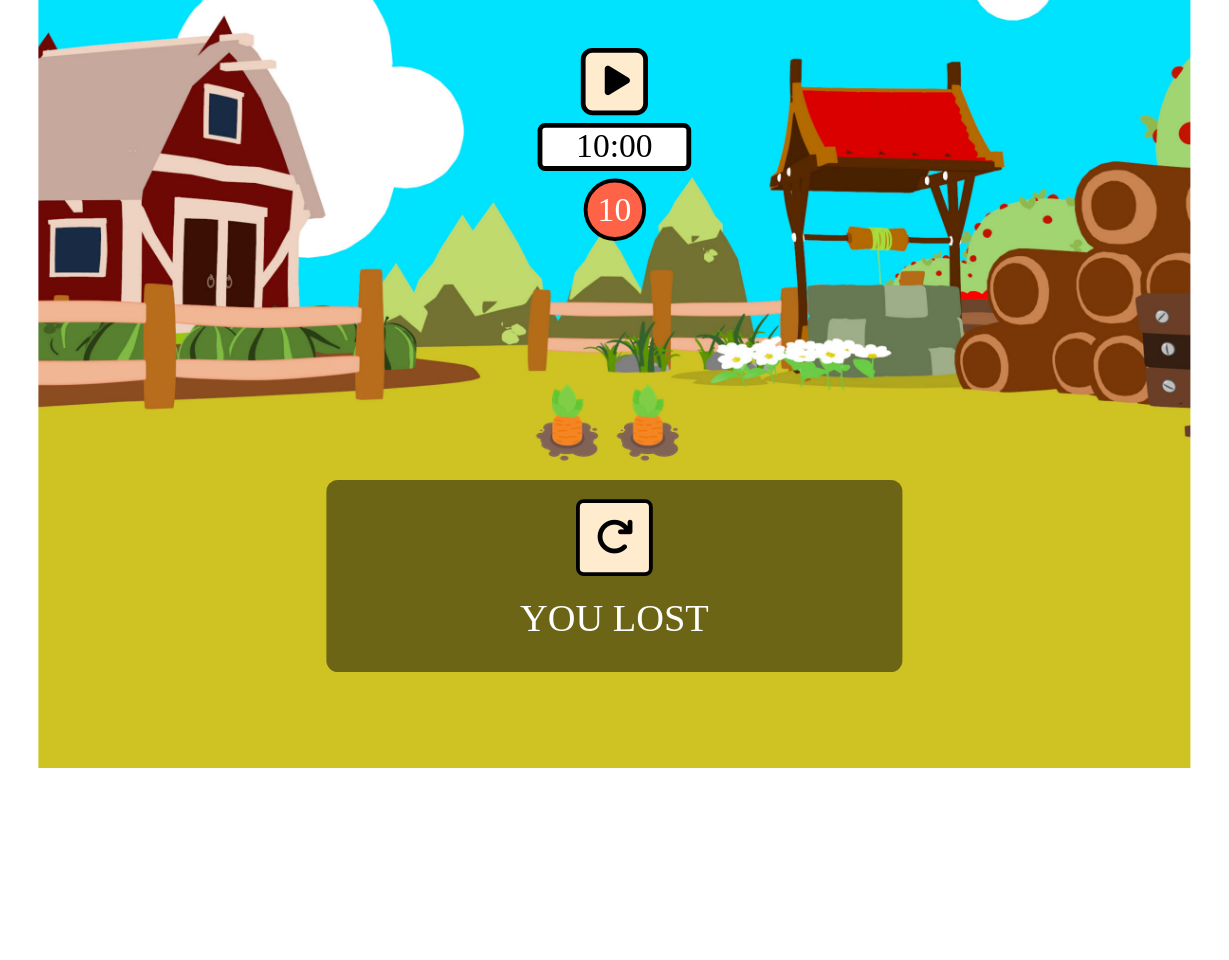
Repository: keehoonjung/Bug-Game
Page: index.html
The author's editor kept a copy of each file at every save. The page is drawn from the files as they stood at one save, then again after a run of saves.
The browser window is 1280 px wide. The pictures show the whole page, at 96% of full size.
Some web libraries are served in a nearby version.

Above is the page before, as saved 2021-08-10 11:28:20.

### index.html
<!DOCTYPE html>
<html lang="en">
<head>
    <meta charset="UTF-8">
    <meta http-equiv="X-UA-Compatible" content="IE=edge">
    <meta name="viewport" content="width=device-width, initial-scale=1.0">
    <title>Document</title>
    <link rel="stylesheet" href="style.css">
    <script src="main.js"></script>
    <script src="https://kit.fontawesome.com/a7a8d59961.js" crossorigin="anonymous"></script>
</head>
<body>
    <section class="container">
        <section class="header">
            <button class="play__btn">
                <i class="fas fa-play"></i>
            </button>
            <div class="timer">
                10:00
            </div>
            <div class="count">10</div>
        </section>
        <section class="playground">
            <img src="./img/carrot.png" alt="carrot">
            <img src="./img/carrot.png" alt="carrot">
        </section>
        <div class="popup">
            <button class="popup__btn">
                <i class="fas fa-redo"></i>
            </button>
            <div class="popup__message">YOU LOST</div>
        </div>
    </section>
</body>
</html>

### style.css
* {
  box-sizing: border-box;
}

body {
  margin: 0;
  text-align: center;
}

.container {
  background: center/ cover no-repeat url(/img/background.png);
  width: 1200px;
  height: 800px;
  margin: auto;
}

.header {
  height: 400px;
  padding-top: 50px;
}

.play__btn {
  width: 70px;
  height: 70px;
  background-color: blanchedalmond;
  font-size: 35px;
  border: 5px solid black;
  border-radius: 12px;
  padding-left: 12px;
  margin-bottom: 8px;
}

.timer {
  margin: auto;
  width: 160px;
  height: 50px;
  border: 5px solid black;
  border-radius: 8px;
  font-size: 35px;
  background-color: white;
  margin-bottom: 8px;
}

.count {
  margin: auto;
  width: 65px;
  height: 65px;
  background-color: tomato;
  border: 4px solid black;
  border-radius: 50%;
  font-size: 35px;
  padding: 9px 0;
  color: white;
}

.playground {
  height: 600px;
  width: 100%;
}

.popup {
  position: relative;
  bottom: 500px;
  left: 300px;
  width: 600px;
  height: 200px;
  background-color: rgba(9, 9, 9, 0.5);
  padding-top: 20px;
  border-radius: 12px;
}

.popup__btn {
  width: 80px;
  height: 80px;
  background-color: blanchedalmond;
  border: 4px solid black;
  border-radius: 8px;
  font-size: 40px;
  margin-bottom: 20px;
}

.popup__message {
  font-size: 40px;
  color: white;
}

Loaded but not shown: main.js (no copy from this time; the picture is the same without it)

After the next 2 saves:
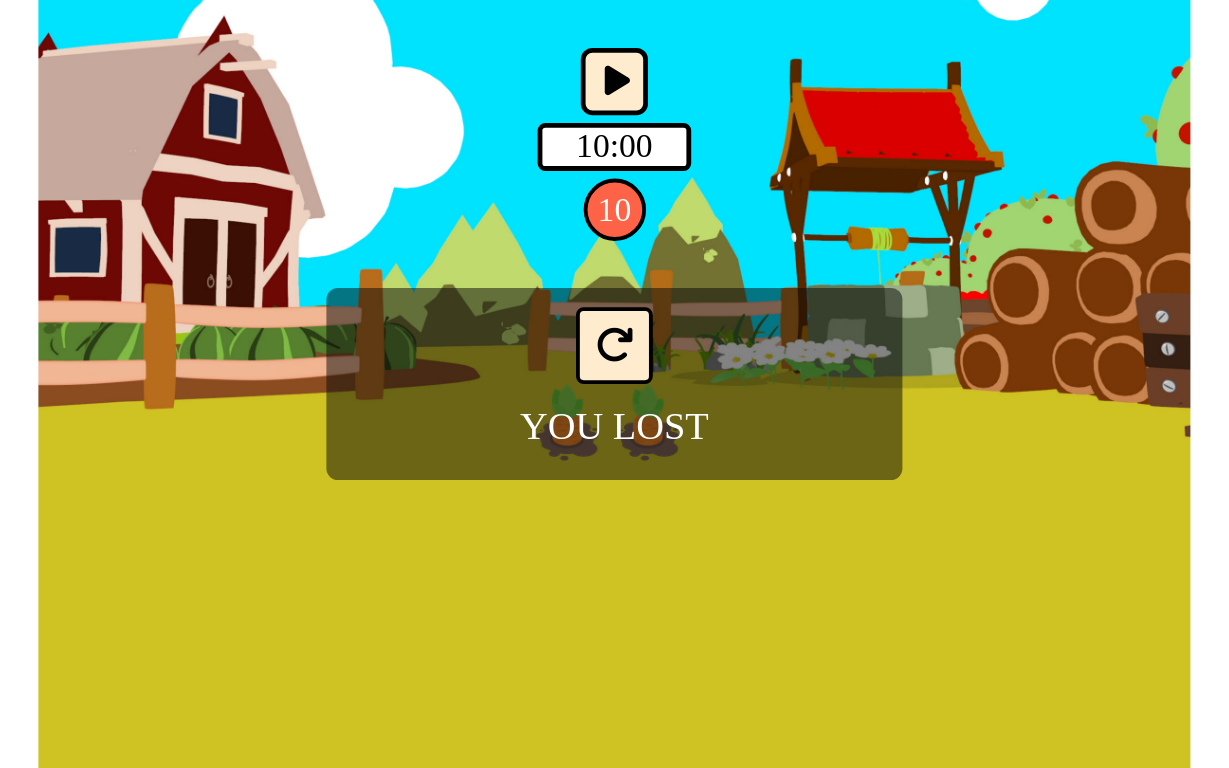
The 2 saves are shown as one change because they came seconds apart.
The last was saved 30 s later.
--- a/style.css
+++ b/style.css
@@ -54,8 +54,7 @@ body {
 }
 
 .playground {
-  height: 600px;
-  width: 100%;
+  height: 400px;
 }
 
 .popup {
